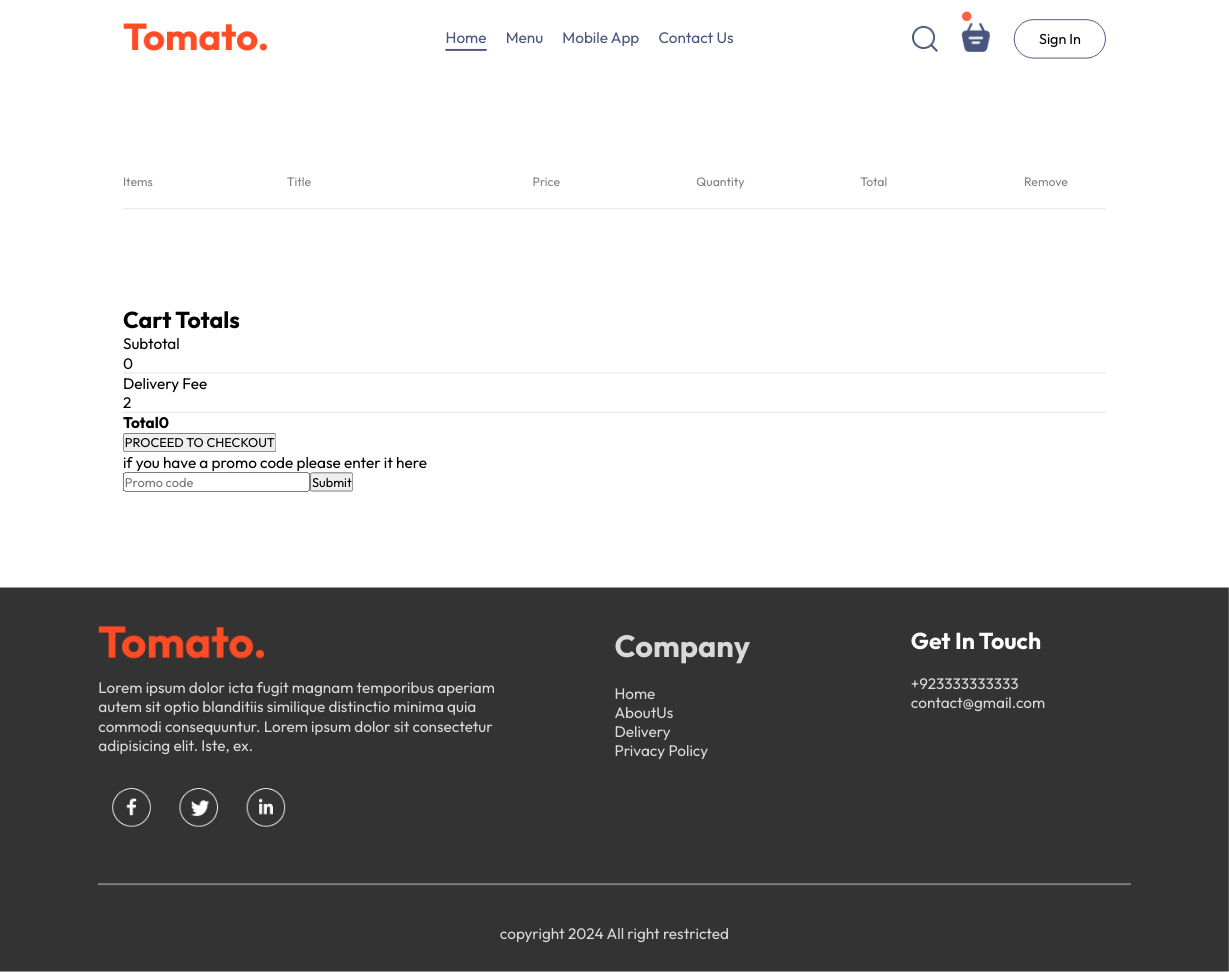
Repository: Attar786/Food-ordering-app
Page: /cart (app in frontend/)
The author's editor kept a copy of each file at every save. The page is drawn from the files as they stood at one save, then again after the next save.
The browser window is 1280 px wide. The pictures show the whole page, at 96% of full size.
The project was rebuilt for these pictures with package versions that can differ from the ones it lists, and the page was loaded fresh each time. Also part of the build but not shown: frontend/vite.config.js, frontend/src/components/Header/Header.css, frontend/src/components/Header/Header.jsx, frontend/src/components/ExploreMenu/ExploreMenu.css, frontend/src/components/ExploreMenu/ExploreMenu.jsx, frontend/src/components/FoodDisplay/FoodDisplay.css, frontend/src/components/FoodItem/FoodItem.css, frontend/src/components/FoodItem/FoodItem.jsx and 8 more.

Above is the page before, as saved 2024-07-30 15:43:05.

### frontend/src/main.jsx
import ReactDOM from 'react-dom/client'
import App from './App.jsx'
import './index.css'
import {BrowserRouter} from 'react-router-dom'
import StoreContextProvider from './context/StoreContext.jsx'
ReactDOM.createRoot(document.getElementById('root')).render(
<BrowserRouter>

<StoreContextProvider>
<App />
</StoreContextProvider>

    </BrowserRouter>
)

### frontend/src/App.jsx
import './index.css'
import Navbar from "./components/Navbar/Navbar"
import Home from './pages/Home/Home'
import Cart from './pages/Cart/Cart'
import PlaceOrder from './pages/PlaceOrder/PlaceOrder'
import { Route, Routes } from 'react-router-dom'
import Footer from './components/Footer/Footer'

import LoginPopup from './components/LoginPopup/LoginPopup'
import { useState } from 'react'
function App() {
  const [showLogin, setShowLogin] = useState(false);

  return (
    <>
  {showLogin?<LoginPopup setShowLogin={setShowLogin}/>:<></>}
  <div className='app'>
  <Navbar setShowLogin = {setShowLogin} />
<Routes>
<Route path='/' element={<Home/>}/>
<Route path='/cart' element={<Cart/>}/>
<Route path='/order' element={<PlaceOrder/>}/>
</Routes>
  </div>
  <Footer/>
    </>
  )
}

export default App

### frontend/src/index.css
@import url('https://fonts.googleapis.com/css2?family=Outfit:wght@100..900&display=swap');


*{
margin: 0;
padding: 0;
 box-sizing: border-box;
 font-family: outfit;
 scroll-behavior: smooth;
}
body{
height: 100vh;
}
a{
text-decoration: none;
color : inherit;
}
.app{
    width: 80%;
    margin: auto;
}
@keyframes fadeIn{
    0%{
        opacity: 0;
    }
    100%{
        opacity: 1;
    }
}

### frontend/src/context/StoreContext.jsx
import './StoreContext.css';
import { createContext, useEffect, useState } from 'react';
import { food_list } from '../assets/assets'; // Ensure this path is correct and food_list is correctly exported

export const StoreContext = createContext(null);

const StoreContextProvider = (props) => {
  const [cartItems, setCartItems] = useState({});

  const addToCart = (itemId) => {
    if (!cartItems[itemId]) {
      setCartItems((prev) => ({ ...prev, [itemId]: 1 }));
    } else {
      setCartItems((prev) => ({ ...prev, [itemId]: prev[itemId] + 1 }));
    }
  };

  const removeFromCart = (itemId) => {
    setCartItems((prev) => {
      const newCount = prev[itemId] - 1;
      if (newCount <= 0) {
        const { [itemId]: _, ...rest } = prev;
        return rest;
      } else {
        return { ...prev, [itemId]: newCount };
      }
    });
  };

  useEffect(() => {
    console.log(cartItems);
  }, [cartItems]);

  const contextValue = {
    food_list,
    cartItems,
    setCartItems,
    addToCart,
    removeFromCart,
  };

  return (
    <StoreContext.Provider value={contextValue}>
      {props.children}
    </StoreContext.Provider>
  );
};

export default StoreContextProvider;

### frontend/src/components/Navbar/Navbar.jsx
import { useState } from 'react';
import './Navbar.css';
import { assets } from '../../assets/assets';
import { Link } from 'react-router-dom'
const Navbar = ({setShowLogin}) => {
  const [menu, setMenu] = useState("home");

  const handleMenuClick = (menuItem) => {
    setMenu(menuItem);
  };

  return (
<>
<div className="navbar">
    <Link to='/'> <img src={assets.logo} alt="Logo" className="logo" /></Link>
      <ul className="navbar-menu">
        <Link to='/' onClick={() => handleMenuClick("home")} className={menu === "home" ? "active" : ""}>Home</Link>
        <a href='#explore-menu' onClick={() => handleMenuClick("menu")} className={menu === "menu" ? "active" : ""}>Menu</a>
        <a href='#app-download' onClick={() => handleMenuClick("mobile-app")} className={menu === "mobile-app" ? "active" : ""}>Mobile App</a>
        <a href='#footer' onClick={() => handleMenuClick("contact-us")} className={menu === "contact-us" ? "active" : ""}>Contact Us</a>
      </ul>
      <div className="navbar-right">
        <img src={assets.search_icon} alt="search-icon" />
        <div>
         <Link to='/cart'> <img src={assets.basket_icon} alt="icons" /></Link>
          <div className="dot"></div>
        </div>
        <button onClick={()=>setShowLogin(true)} >Sign In</button>

      </div>

    </div>

</>
  );
}


export default Navbar;

### frontend/src/pages/Cart/Cart.jsx
 import { useContext } from 'react'
import './Cart.css'
import { StoreContext } from '../../context/StoreContext'
const Cart = () => {
  const {cartItems,food_list,removeFromCart} = useContext(StoreContext);
  return (
    <div className='Cart'>
      <div className="cart-items">
        <div className=" cart-items-title">
          <p>Items</p>
          <p>Title</p>
          <p>Price</p>
          <p>Quantity</p>
          <p>Total</p>
          <p>Remove</p>
        </div>
        <br />
        <hr />
        {
          food_list.map((item,index)=>
          {
            if(cartItems[item._id]){
              return (
                <>
                <div key={index} className="cart-items-title cart-item-item">
                  <img src={item.image} alt="" />
                  <p>{item.name}</p>
                  <p>Pkr={item.price}</p>
                  <p>{cartItems[item._id]}</p>
                  <p>{item.price*cartItems[item._id]}</p>
                  <p onClick={()=>removeFromCart(item._id)} className='cross'>X</p>
                </div>
                <hr />
                </>
              )
            }
          }

          )
        }
      </div>
      <div className="cart-bottom">
  <div className="cart-total">
    <h2>Cart Totals</h2>
  </div>
  <div>
    <div className="cart-total-details">
      <p>Subtotal</p>
      <p>{0}</p>
    </div>
    <hr />
    <div className="cart-total-details">
      <p>Delivery Fee</p>
      <p>{2}</p>
    </div>
    <hr />
    <div className="cart-total-details">
      <b>Total</b>
      <b>{0}</b>
    </div>
  </div>
  <button>PROCEED TO CHECKOUT</button>
<div className="cart-promocode">
  <div>
    <p>if you have a promo code please enter it here</p>
        <div className="cart-promocode-input">
          <input type="text" placeholder='Promo code' />
        <button>Submit</button>
        </div>
  </div>
</div>
</div>

       </div>
  )
}

export default Cart

### frontend/src/components/Footer/Footer.jsx
import "./Footer.css"
import { assets } from "../../assets/assets"
const Footer = () => {
  return (
    <div className="footer" id="footer">
<div className="footer-content">
    <div className="footer-content-left">
        <img src={assets.logo} alt="fsf" />
    <p>  Lorem ipsum dolor icta fugit magnam temporibus aperiam autem sit optio blanditiis similique distinctio minima quia commodi consequuntur. Lorem ipsum dolor sit consectetur adipisicing elit. Iste, ex.</p>
    <div className="footer-social-icons">
        <img src={assets.facebook_icon} alt="" />
        <img src={assets.twitter_icon} alt="" />
        <img src={assets.linkedin_icon} alt="" />
    </div>

    </div>
    <div className="footer-content-center">
    <h1>Company</h1>
        <ul>
        <li>Home</li>
        <li>AboutUs</li>
        <li>Delivery</li>
        <li>Privacy Policy</li>
        </ul>
    </div>
    <div className="footer-content-right">
        <h2>Get In Touch</h2>
        <ul>
            <li>
                +923333333333
            </li>
            <li>
                contact@gmail.com
            </li>
        </ul>
    </div>
</div>
<hr/>
<p className="footer-copyright">
copyright 2024 All right restricted
</p>

    </div>
  )
}

export default Footer

### frontend/src/assets/assets.js
import basket_icon from './basket_icon.png'
import logo from './logo.png'
import header_img from './header_img.png'
import search_icon from './search_icon.png'
import menu_1 from './menu_1.png'
import menu_2 from './menu_2.png'
import menu_3 from './menu_3.png'
import menu_4 from './menu_4.png'
import menu_5 from './menu_5.png'
import menu_6 from './menu_6.png'
import menu_7 from './menu_7.png'
import menu_8 from './menu_8.png'

import food_1 from './food_1.png'
import food_2 from './food_2.png'
import food_3 from './food_3.png'
import food_4 from './food_4.png'
import food_5 from './food_5.png'
import food_6 from './food_6.png'
import food_7 from './food_7.png'
import food_8 from './food_8.png'
import food_9 from './food_9.png'
import food_10 from './food_10.png'
import food_11 from './food_11.png'
import food_12 from './food_12.png'
import food_13 from './food_13.png'
import food_14 from './food_14.png'
import food_15 from './food_15.png'
import food_16 from './food_16.png'
import food_17 from './food_17.png'
import food_18 from './food_18.png'
import food_19 from './food_19.png'
import food_20 from './food_20.png'
import food_21 from './food_21.png'
import food_22 from './food_22.png'
import food_23 from './food_23.png'
import food_24 from './food_24.png'
import food_25 from './food_25.png'
import food_26 from './food_26.png'
import food_27 from './food_27.png'
import food_28 from './food_28.png'
import food_29 from './food_29.png'
import food_30 from './food_30.png'
import food_31 from './food_31.png'
import food_32 from './food_32.png'

import add_icon_white from './add_icon_white.png'
import add_icon_green from './add_icon_green.png'
import remove_icon_red from './remove_icon_red.png'
import app_store from './app_store.png'
import play_store from './play_store.png'
import linkedin_icon from './linkedin_icon.png'
import facebook_icon from './facebook_icon.png'
import twitter_icon from './twitter_icon.png'
import cross_icon from './cross_icon.png'
import selector_icon from './selector_icon.png'
import rating_starts from './rating_starts.png'
import profile_icon from './profile_icon.png'
import bag_icon from './bag_icon.png'
import logout_icon from './logout_icon.png'
import parcel_icon from './parcel_icon.png'

export const assets = {
    logo,
    basket_icon,
    header_img,
    search_icon,
    rating_starts,
    add_icon_green,
    add_icon_white,
    remove_icon_red,
    app_store,
    play_store,
    linkedin_icon,
    facebook_icon,
    twitter_icon,
    cross_icon,
    selector_icon,
    profile_icon,
    logout_icon,
    bag_icon,
    parcel_icon
}

export const menu_list = [
    {
        menu_name: "Salad",
        menu_image: menu_1
    },
    {
        menu_name: "Rolls",
        menu_image: menu_2
    },
    {
        menu_name: "Deserts",
        menu_image: menu_3
    },
    {
        menu_name: "Sandwich",
        menu_image: menu_4
    },
    {
        menu_name: "Cake",
        menu_image: menu_5
    },
    {
        menu_name: "Pure Veg",
        menu_image: menu_6
    },
    {
        menu_name: "Pasta",
        menu_image: menu_7
    },
    {
        menu_name: "Noodles",
        menu_image: menu_8
    }]

export const food_list = [
    {
        _id: "1",
        name: "Greek salad",
        image: food_1,
        price: 12,
        description: "Food provides essential nutrients for overall health and well-being",
        category: "Salad"
    },
    {
        _id: "2",
        name: "Veg salad",
        image: food_2,
        price: 18,
        description: "Food provides essential nutrients for overall health and well-being",
        category: "Salad"
    }, {
        _id: "3",
        name: "Clover Salad",
        image: food_3,
        price: 16,
        description: "Food provides essential nutrients for overall health and well-being",
        category: "Salad"
    }, {
        _id: "4",
        name: "Chicken Salad",
        image: food_4,
        price: 24,
        description: "Food provides essential nutrients for overall health and well-being",
        category: "Salad"
    }, {
        _id: "5",
        name: "Lasagna Rolls",
        image: food_5,
        price: 14,
        description: "Food provides essential nutrients for overall health and well-being",
        category: "Rolls"
    }, {
        _id: "6",
        name: "Peri Peri Rolls",
        image: food_6,
        price: 12,
        description: "Food provides essential nutrients for overall health and well-being",
        category: "Rolls"
    }, {
        _id: "7",
        name: "Chicken Rolls",
        image: food_7,
        price: 20,
        description: "Food provides essential nutrients for overall health and well-being",
        category: "Rolls"
    }, {
        _id: "8",
        name: "Veg Rolls",
        image: food_8,
        price: 15,
        description: "Food provides essential nutrients for overall health and well-being",
        category: "Rolls"
    }, {
        _id: "9",
        name: "Ripple Ice Cream",
        image: food_9,
        price: 14,
        description: "Food provides essential nutrients for overall health and well-being",
        category: "Deserts"
    }, {
        _id: "10",
        name: "Fruit Ice Cream",
        image: food_10,
        price: 22,
        description: "Food provides essential nutrients for overall health and well-being",
        category: "Deserts"
    }, {
        _id: "11",
        name: "Jar Ice Cream",
        image: food_11,
        price: 10,
        description: "Food provides essential nutrients for overall health and well-being",
        category: "Deserts"
    }, {
        _id: "12",
        name: "Vanilla Ice Cream",
        image: food_12,
        price: 12,
        description: "Food provides essential nutrients for overall health and well-being",
        category: "Deserts"
    },
    {
        _id: "13",
        name: "Chicken Sandwich",
        image: food_13,
        price: 12,
        description: "Food provides essential nutrients for overall health and well-being",
        category: "Sandwich"
    },
    {
        _id: "14",
        name: "Vegan Sandwich",
        image: food_14,
        price: 18,
        description: "Food provides essential nutrients for overall health and well-being",
        category: "Sandwich"
    }, {
        _id: "15",
        name: "Grilled Sandwich",
        image: food_15,
        price: 16,
        description: "Food provides essential nutrients for overall health and well-being",
        category: "Sandwich"
    }, {
        _id: "16",
        name: "Bread Sandwich",
        image: food_16,
        price: 24,
        description: "Food provides essential nutrients for overall health and well-being",
        category: "Sandwich"
    }, {
        _id: "17",
        name: "Cup Cake",
        image: food_17,
        price: 14,
        description: "Food provides essential nutrients for overall health and well-being",
        category: "Cake"
    }, {
        _id: "18",
        name: "Vegan Cake",
        image: food_18,
        price: 12,
        description: "Food provides essential nutrients for overall health and well-being",
        category: "Cake"
    }, {
        _id: "19",
        name: "Butterscotch Cake",
        image: food_19,
        price: 20,
        description: "Food provides essential nutrients for overall health and well-being",
        category: "Cake"
    }, {
        _id: "20",
        name: "Sliced Cake",
        image: food_20,
        price: 15,
        description: "Food provides essential nutrients for overall health and well-being",
        category: "Cake"
    }, {
        _id: "21",
        name: "Garlic Mushroom ",
        image: food_21,
        price: 14,
        description: "Food provides essential nutrients for overall health and well-being",
        category: "Pure Veg"
    }, {
        _id: "22",
        name: "Fried Cauliflower",
        image: food_22,
        price: 22,
        description: "Food provides essential nutrients for overall health and well-being",
        category: "Pure Veg"
    }, {
        _id: "23",
        name: "Mix Veg Pulao",
        image: food_23,
        price: 10,
        description: "Food provides essential nutrients for overall health and well-being",
        category: "Pure Veg"
    }, {
        _id: "24",
        name: "Rice Zucchini",
        image: food_24,
        price: 12,
        description: "Food provides essential nutrients for overall health and well-being",
        category: "Pure Veg"
    },
    {
        _id: "25",
        name: "Cheese Pasta",
        image: food_25,
        price: 12,
        description: "Food provides essential nutrients for overall health and well-being",
        category: "Pasta"
    },
    {
        _id: "26",
        name: "Tomato Pasta",
        image: food_26,
        price: 18,
        description: "Food provides essential nutrients for overall health and well-being",
        category: "Pasta"
    }, {
        _id: "27",
        name: "Creamy Pasta",
        image: food_27,
        price: 16,
        description: "Food provides essential nutrients for overall health and well-being",
        category: "Pasta"
    }, {
        _id: "28",
        name: "Chicken Pasta",
        image: food_28,
        price: 24,
        description: "Food provides essential nutrients for overall health and well-being",
        category: "Pasta"
    }, {
        _id: "29",
        name: "Buttter Noodles",
        image: food_29,
        price: 14,
        description: "Food provides essential nutrients for overall health and well-being",
        category: "Noodles"
    }, {
        _id: "30",
        name: "Veg Noodles",
        image: food_30,
        price: 12,
        description: "Food provides essential nutrients for overall health and well-being",
        category: "Noodles"
    }, {
        _id: "31",
        name: "Somen Noodles",
        image: food_31,
        price: 20,
        description: "Food provides essential nutrients for overall health and well-being",
        category: "Noodles"
    }, {
        _id: "32",
        name: "Cooked Noodles",
        image: food_32,
        price: 15,
        description: "Food provides essential nutrients for overall health and well-being",
        category: "Noodles"
    }
]

### frontend/src/components/Navbar/Navbar.css
.navbar{
    padding: 20px 0;
    display: flex;
    justify-content: space-between;
    align-items: center;
}
.navbar .logo{
    width: 150px;
}
.navbar-menu{
    display: flex;
    list-style: none;
    gap: 20px;
    font: 18px;
    color: #49557e;
    cursor: pointer;
}
.navbar-right{
    display: flex;
    align-items: center;
    gap: 25px;

}
.navbar button{
    font-size: 15px;
    border: 1px solid #49557e;
    background: transparent;
    padding: 10px 25px;
    cursor: pointer;
    border-radius: 40px;
    transition: 0.3s;
}
.navbar button:hover{
    background-color: #fff4f2;
}
.navbar .navbar-menu .active{
    padding-bottom: 2px;
    border-bottom: 2px solid #49557e;

}
.search-icon{
    position: relative;
}
/* .search-icon .dot{ */
    /* position: absolute;
    top: -5px;
    right: -5px;
    width: 10px;
    height: 10px;
    background-color: blue;
    border-radius: 50%;
} */
.dot {
    position: absolute;
    top: 12px; /* Adjust as needed */
    right: 268px; /* Adjust as needed */
    width: 10px;
    height: 10px;
    background-color: tomato;
    border-radius: 50%;}
    @media (max-width: 1050px)
    {
        .navbar .logo{
            width: 140px;
        }
        .navbar-menu{
            gap: 20px;
            font-size: 17px;
        }
        .nav-right {
            gap: 30px;
        };
        .navbar-right img{
            width: 22px;
        }
        .navbar-right button{
            padding: 8px 25px;
        };

    }

    @media (max-width: 900px)
    {
        .navbar .logo{
            width: 100px;
        }
        .navbar-menu{
            gap: 10px;
            font-size: 16px;
        }
        .Nav-right {
            gap: 20px;
        }
        .navbar-right img{
            width: 17px;

        }
        .navbar-right button{
            padding: 7px 15px;
            font-size: 10px;
        }
    }

    @media (max-width: 750px)
    {

        .navbar-menu{
            display: none;;
        }
    }

### frontend/src/pages/Cart/Cart.css
.Cart{
    margin-top: 100px;;
}
.cart-items-title{
    display: grid;
    grid-template-columns:  1fr 1.5fr 1fr 1fr 1fr 0.5fr;
    align-items: center;
    color: gray;
    font-size: max(1vw, 12px);
}
.cart-item-item{
    margin: 10px;
    color:black;
}
.cart-item-item img{
    width: 50px;
    /* border-radius: px; */
    border: 1px solid black;
}
.Cart hr{
    height: 1px;
    background-color: #e2e2e2;
    border: none;
}
.cross{
    cursor: pointer;;
}
.cart-bottom{
    margin-top: 100px;
}

### frontend/src/components/Footer/Footer.css
.footer {
    color: #d9d9d9;
    background-color: hsl(0, 0%, 20%);
    display: flex;
    flex-direction: column;
    align-items: center;
    gap: 20px;
    padding: 30px 8vw; /* Fixed padding syntax */
    padding-top: 40px;
    margin-top: 100px;
}

.footer-content {
    width: 100%;
    display: grid;
    grid-template-columns: 2fr 1fr 1fr;
    gap: 80px;
}

.footer-content-left, .footer-content-center, .footer-content-right {
    display: flex;
    flex-direction: column;
    align-items: start;
    gap: 20px;
}

.footer-content-left li, .footer-content-center li, .footer-content-right li {
    list-style: none;
    cursor: pointer;
}
.footer-content-center h2, .footer-content-right h2 {
    color: white;
}
.footer-social-icons img {
width: 40px;
margin: 15px;
}
.footer-social-icons img:hover {
    width: 40px;
    margin: 15px;
    }
.footer hr{
    width: 100%;
    height: 2px;
    margin: 20px 0;
    background-color : gray;
    border: none;
}
@media (max-width: 1050px) {
    .footer-content{
        display: flex;
        flex-direction:column;
        gap: 35px;
    }
    .footer-copyright{
        text-align: center;
}
}

Loaded but not shown: frontend/index.html (common file); frontend/src/context/StoreContext.css (no stored copy; drawn as an empty file); frontend/src/pages/Home/Home.css (no stored copy; drawn as an empty file)

After the next save:
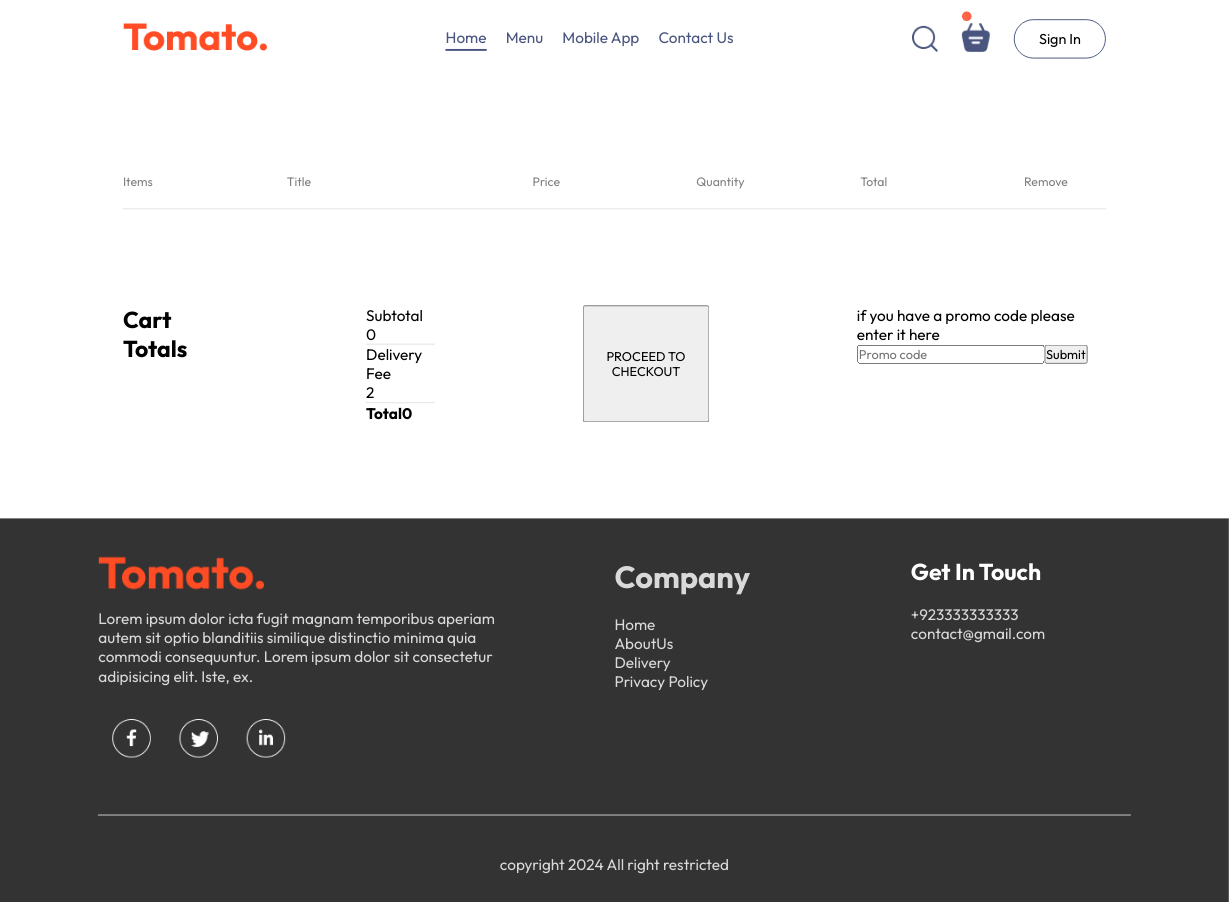
Saved 44 s later.
--- a/frontend/src/pages/Cart/Cart.css
+++ b/frontend/src/pages/Cart/Cart.css
@@ -27,4 +27,7 @@
 }
 .cart-bottom{
     margin-top: 100px;
+    display: flex;
+justify-content: space-between;
+gap: max(12vw,20px);;
 }
